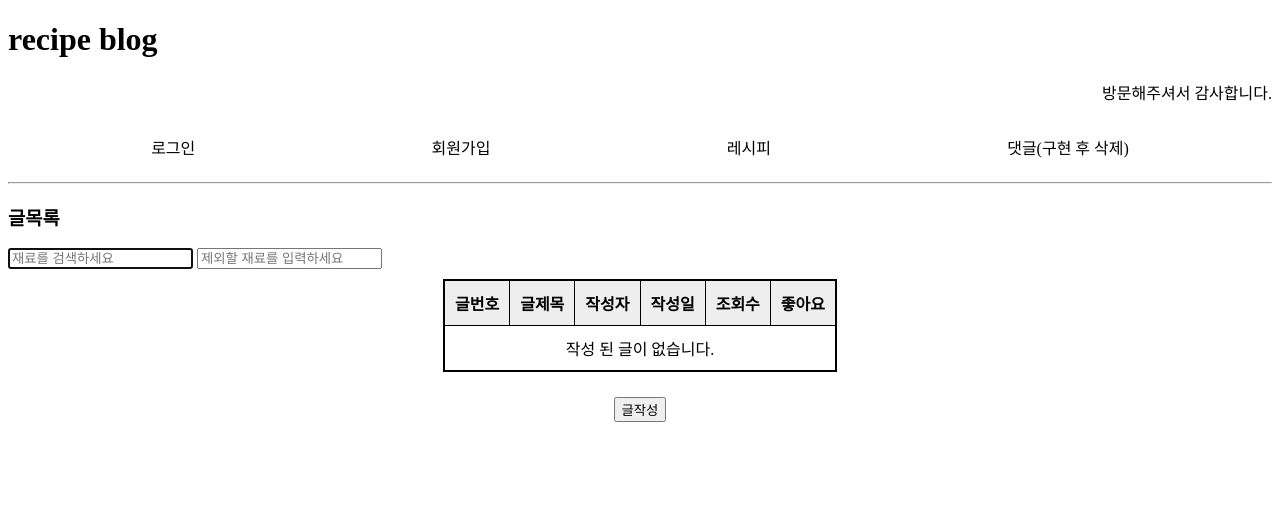
Repository: jeong-hyeran/recipe
Page: http://localhost/recipe/WEB-INF/views/board/list.jsp
An editor plug-in stored every save of this project. The page is shown before and after the next save, followed by the edit.
The browser window is 1280 px wide. The pictures show the whole page.
The page is served by Tomcat 9. Nobody is signed in. Other server files are loaded and not shown. The template is opened directly, without the code that normally fills it, so the values that code supplies are empty.

Above is the page before, as saved 2023-09-27 06:12:05.

### recipe_project/recipe/src/main/webapp/WEB-INF/views/board/list.jsp
<%@ page language="java" contentType="text/html; charset=UTF-8"
    pageEncoding="UTF-8"%>
<%@ include file="../header.jsp" %>
<div id="boardList">
<h3>글목록</h3>

<div id="search">
	<form method="POST" action="${cpath }/board/search">
		<input type="search" name="keyword" placeholder="재료를 검색하세요" autofocus>
		<input type="search" name="excludeKeyword" placeholder="제외할 재료를 입력하세요">
	</form>
</div>

<table>
	<thead>

		<tr>
			<th>글번호</th>
			<th>글제목</th>
			<th>작성자</th>
			<th>작성일</th>
			<th>조회수</th>
			<th>좋아요</th>
		</tr>
	</thead>
	<tbody>
			<tr>
				<c:if test="${empty list }">
					<td colspan="6" style="text-align: center;">
						작성 된 글이 없습니다.
					</td>
				</c:if>
			</tr>
			<c:forEach var="dto" items="${list }">
			<tr>
				<td>${dto.idx }</td>
				<td>
					<a href="${cpath }/board/view/${dto.idx}">${dto.title }</a>
				</td>
				<td>${dto.member_username }</td>
				<td>${dto.wdate }</td>
				<td>👁️‍🗨️${dto.viewCount }</td>
				<td>❤️${dto.likeCount }</td>
			</tr>
		</c:forEach>
	</tbody>
</table>
<ul>
	<li><a href="${cpath }/board/write"><button>글작성</button></a></li>
</ul>
</div>
</body>
</html>

### recipe_project/recipe/src/main/webapp/WEB-INF/views/header.jsp
<%@ page language="java" contentType="text/html; charset=UTF-8"
    pageEncoding="UTF-8"%>
<%@ taglib prefix="c" uri="http://java.sun.com/jsp/jstl/core" %>
<%@ taglib prefix="fmt" uri="http://java.sun.com/jsp/jstl/fmt" %>
<%@ taglib prefix="fn" uri="http://java.sun.com/jsp/jstl/functions" %>
<c:set var="cpath" value="${pageContext.request.contextPath }"/>
<!DOCTYPE html>
<html>
<head>
<meta charset="UTF-8">
<title>recipe</title>
<style>
	table{
		border : 2px solid black;
		border-collapse: collapse;
		margin: 10px auto;
		padding: 10px;
	}
	th{
		background-color: #eee;
		border: 1px solid black;
		padding: 10px;
	}
	td{
		border: 1px solid black;
		padding: 10px;
	}
	textarea {
		margin: 10px 5px;
	}
	#boardView{
		margin: auto;
	}
	#boardTitle {
		border: 1px solid #eee;
		width: 800px;
		padding: 5px 15px;
		line-height: 2rem;
		margin: 5px;
		text-align: center;
	}
	#boardContent {
		border: 1px solid #eee;
		width: 800px;
		padding: 15px;
		line-height: 2rem;
		margin: 5px;
		text-align: center;
	}
	ul{
		list-style: none;
		display: flex;
		padding: 5px 20px;
		justify-content: space-around;
		margin: 5px;
	}
	li{
		margin: 5px;
		padding: 5px;
	}
	a{
		all : unset;
		cursor: pointer;
	}
	a:hover {
		text-decoration: underline;
	}
</style>
</head>
<body>
<h1><a href="${cpath }">recipe blog</a></h1>
<p align="right">
<c:if test="${empty login }">
	방문해주셔서 감사합니다.
</c:if>
<c:if test="${not empty login }">
	${login.userid } [${login.username }님]
</c:if>
</p>
<header>
	<nav>
		<ul>
			<c:if test="${empty login }">
				<li><a href="${cpath }/member/login">로그인</a></li>
				<li><a href="${cpath }/member/join">회원가입</a></li>
			</c:if>
			<c:if test="${not empty login }">
				<li><a href="${cpath }/member/logout">로그아웃</a></li>
				<li><a href="${cpath }/member/mypage">My Page</a></li>
			</c:if>
			<c:if test="${not empty login }">
				<li><a href="${cpath }/board/write">글작성</a></li>
				<!-- 드랍 메뉴 구현 할 수도? -->
			</c:if>
				<li><a href="${cpath }/board/list">레시피</a></li>
				<li><a href="${cpath }/review/list">댓글(구현 후 삭제)</a></li>
		</ul>
	</nav>
</header>
<hr>

After the next save:
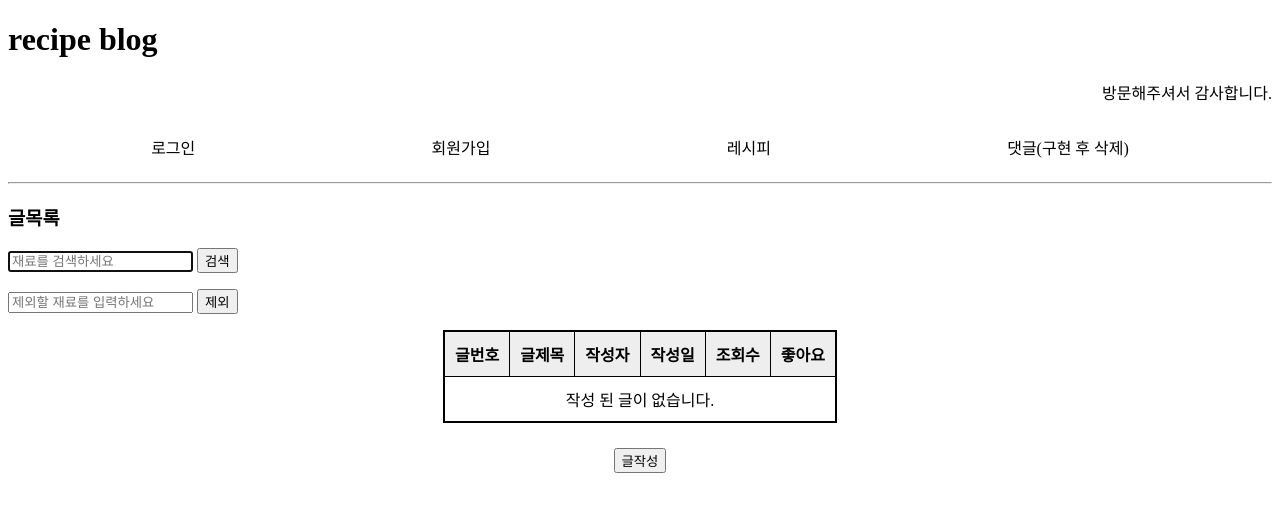
Saved 65 s later.
--- a/recipe_project/recipe/src/main/webapp/WEB-INF/views/board/list.jsp
+++ b/recipe_project/recipe/src/main/webapp/WEB-INF/views/board/list.jsp
@@ -6,8 +6,14 @@
 
 <div id="search">
 	<form method="POST" action="${cpath }/board/search">
-		<input type="search" name="keyword" placeholder="재료를 검색하세요" autofocus>
-		<input type="search" name="excludeKeyword" placeholder="제외할 재료를 입력하세요">
+		<p>
+			<input type="search" name="keyword" placeholder="재료를 검색하세요" autofocus>
+			<input type="submit" value="검색">
+		</p>
+		<p>
+			<input type="search" name="excludeKeyword" placeholder="제외할 재료를 입력하세요">
+			<input type="submit" value="제외">
+		</p>
 	</form>
 </div>
 
